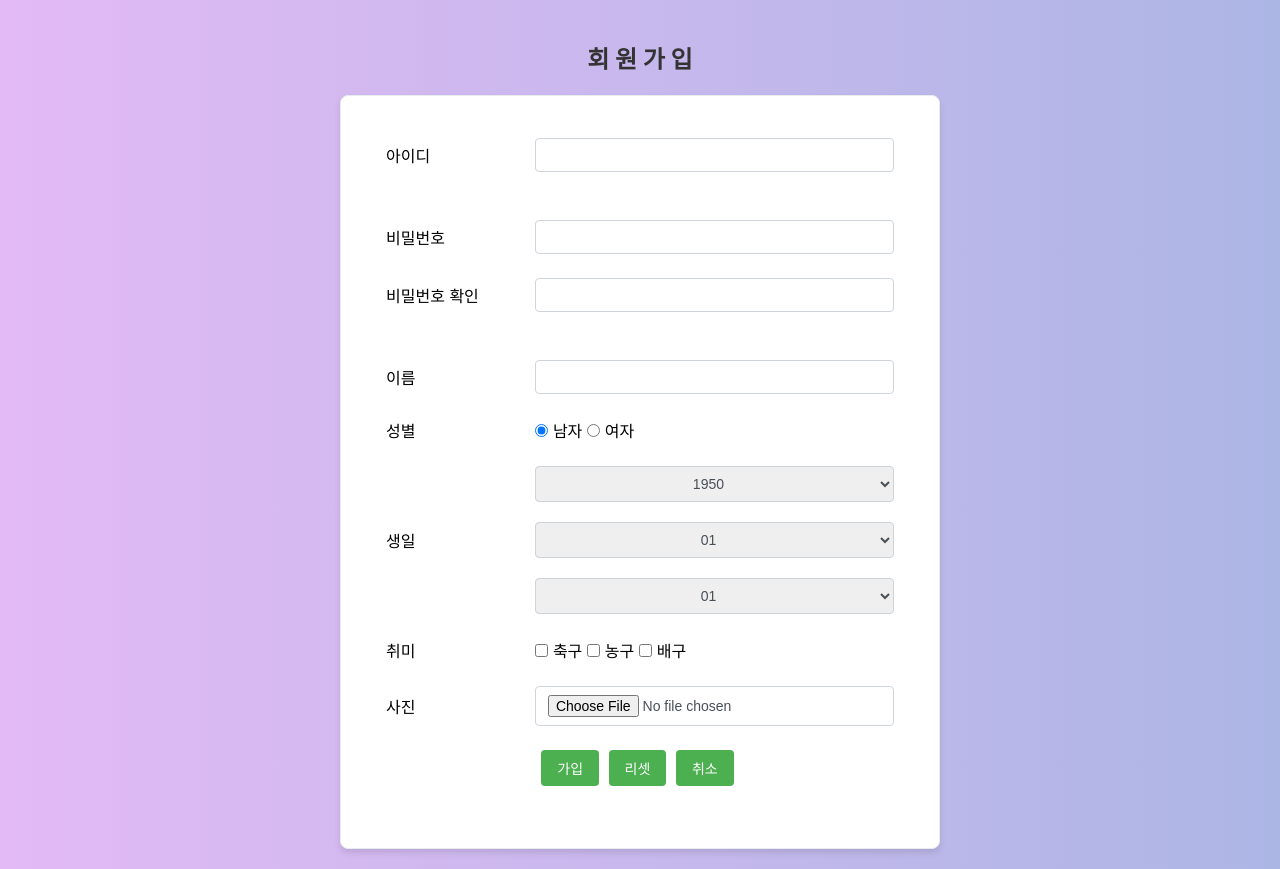
Repository: 1plus1equals3-true/Board-temp
Page: http://localhost/jsp/member/Join.jsp
An editor plug-in stored every save of this project. The page is shown before and after the next save, followed by the edit.
The browser window is 1280 px wide. The pictures show the whole page.
The page is served by Tomcat 9.

Above is the page before, as saved 2025-09-16 02:27:41.

After the next save:
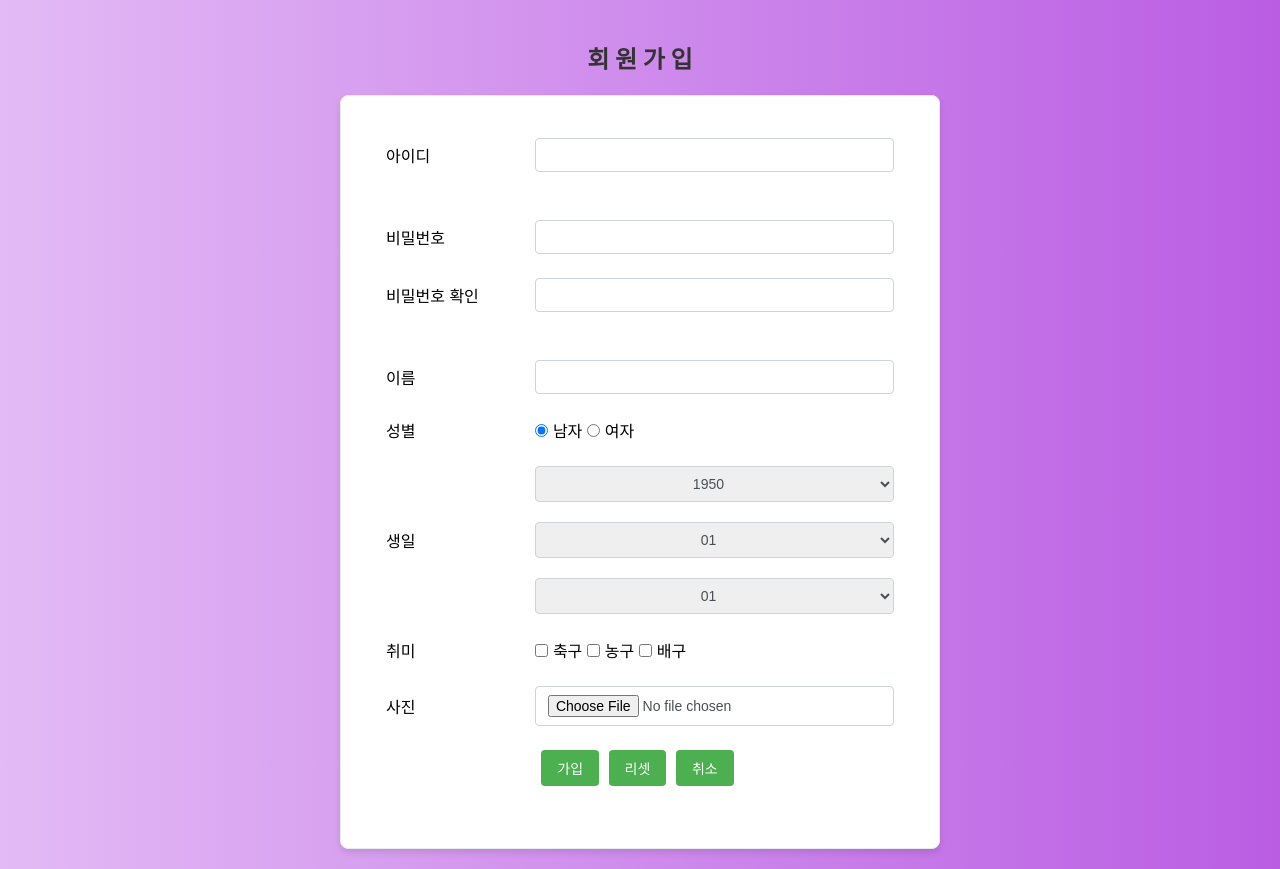
Saved 8 s later.
--- a/jsp/src/main/webapp/member/Join.jsp
+++ b/jsp/src/main/webapp/member/Join.jsp
@@ -18,7 +18,7 @@
 }
 
 body {
-    background: linear-gradient(to right, #e3baf5, #ACB6E5);
+    background: linear-gradient(to right, #e3baf5, #ba5de3);
     font-family: -apple-system, BlinkMacSystemFont, "Segoe UI", Roboto, "Helvetica Neue", Arial, sans-serif;
 }
 
